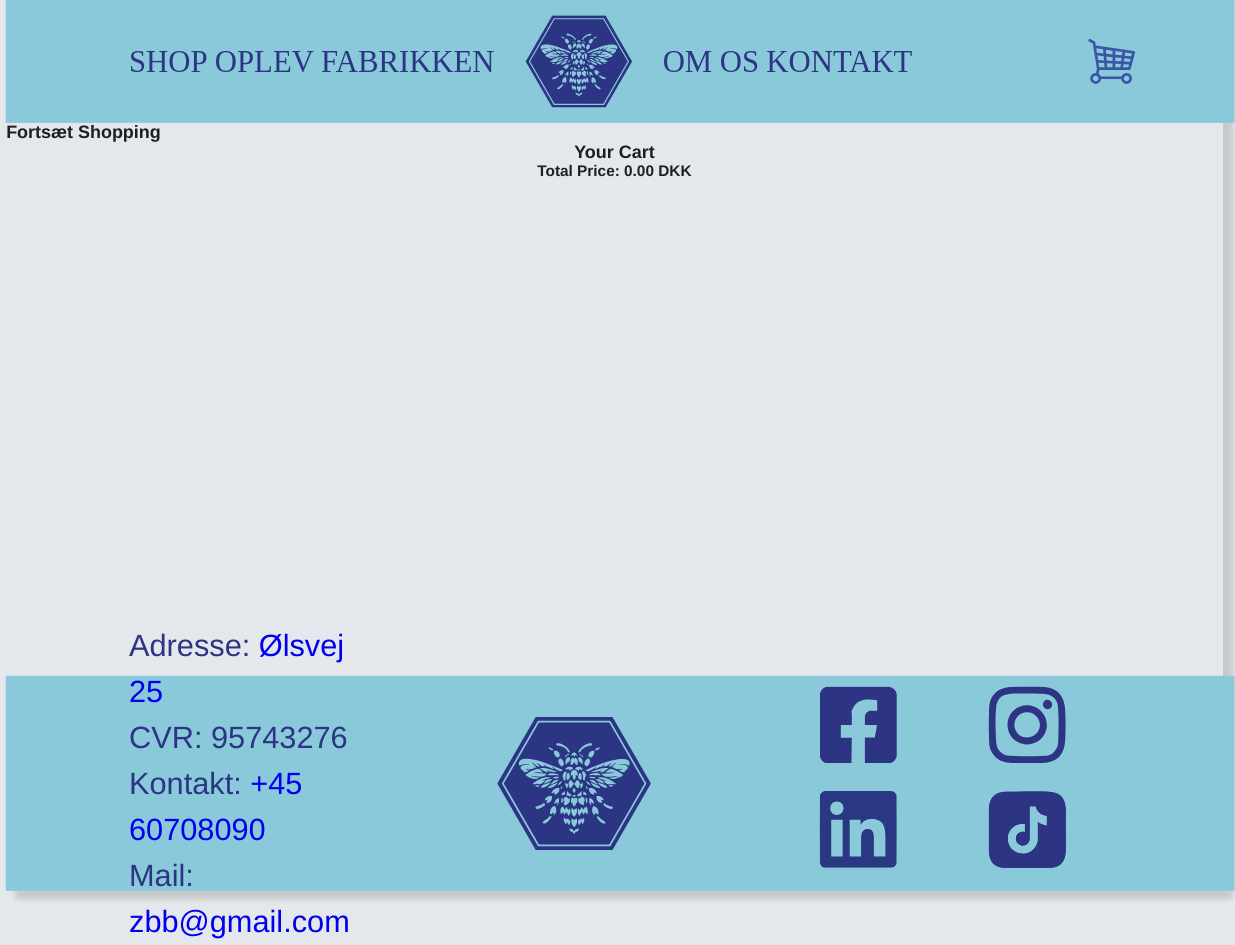
Repository: MiaAgnes/-zerobuzzbrew
Page: html/abonnement.html
An editor plug-in stored every save of this project. The page is shown before and after a run of saves, followed by the edit.
The browser window is 1280 px wide. The page is 1286 px wide, so the pictures cover 1286 px, including what lies to the right of the window. The pictures show the whole page, at 96% of full size.

Above is the page before, as saved 2025-03-03 13:13:29.
Console error: TypeError: Cannot read properties of null (reading 'addEventListener')

After the next 2 saves:
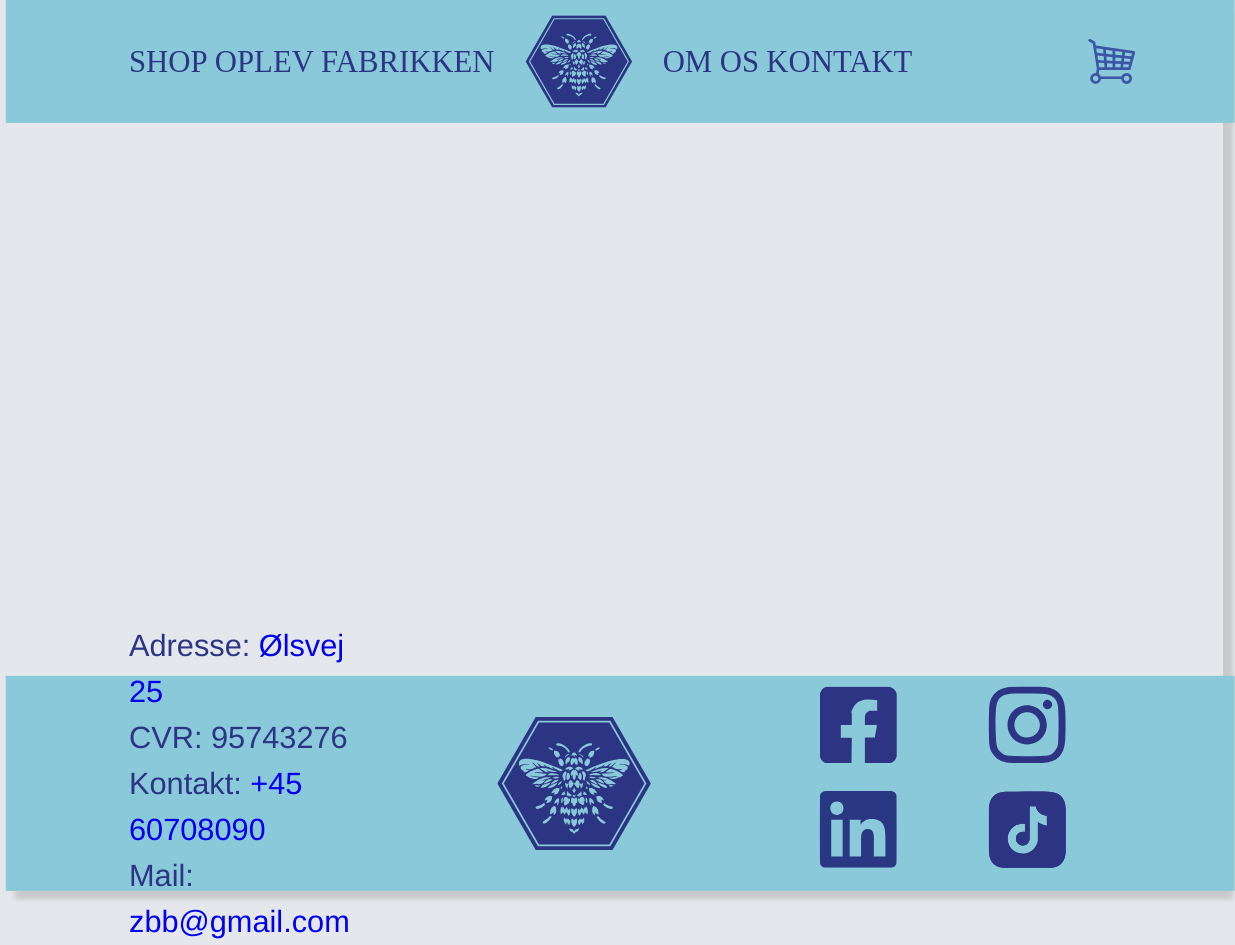
The 2 saves are shown as one change because they came seconds apart.
The last was saved 13 s later.
--- a/html/abonnement.html
+++ b/html/abonnement.html
@@ -46,32 +46,14 @@
         </nav>
         <!-- javascript, skal ligge nederst -->
     </header>
-	<main>
-		<section class="Kurv">
-
-			<h3>Fortsæt Shopping</h3>
 
 
-		    <!--  products container -->
-		<!-- <div class="container"></div> -->
+	<main>
 
-		<!-- <div class="shopping"></div> -->
-		<!-- <div class="shopping">🛒 Open Cart (<span class="quantity">0</span>)</div>
-    <div class="closeShopping">❌ Close</div> -->
 
-     <!-- <div class="product-list"></div>
-				<button class="btn-style">Se abonnomenter</button> -->
-        <div class="cart">
-            <h3>Your Cart</h3>
-            <div class="listCard"></div> <!-- which is the cart container in the UI) -->
-						<h4>Total Price: <span class="total-price">0</span> DKK</h4>
-				</section>
 
-    <!-- footer -->
 
-		<script src="js/card.js"></script>
-		<script src="js/script2.js"></script>
-  <!--  <script src="script.js"></script>  -->
+
 	</main>
 	<footer>
 		<ul>
